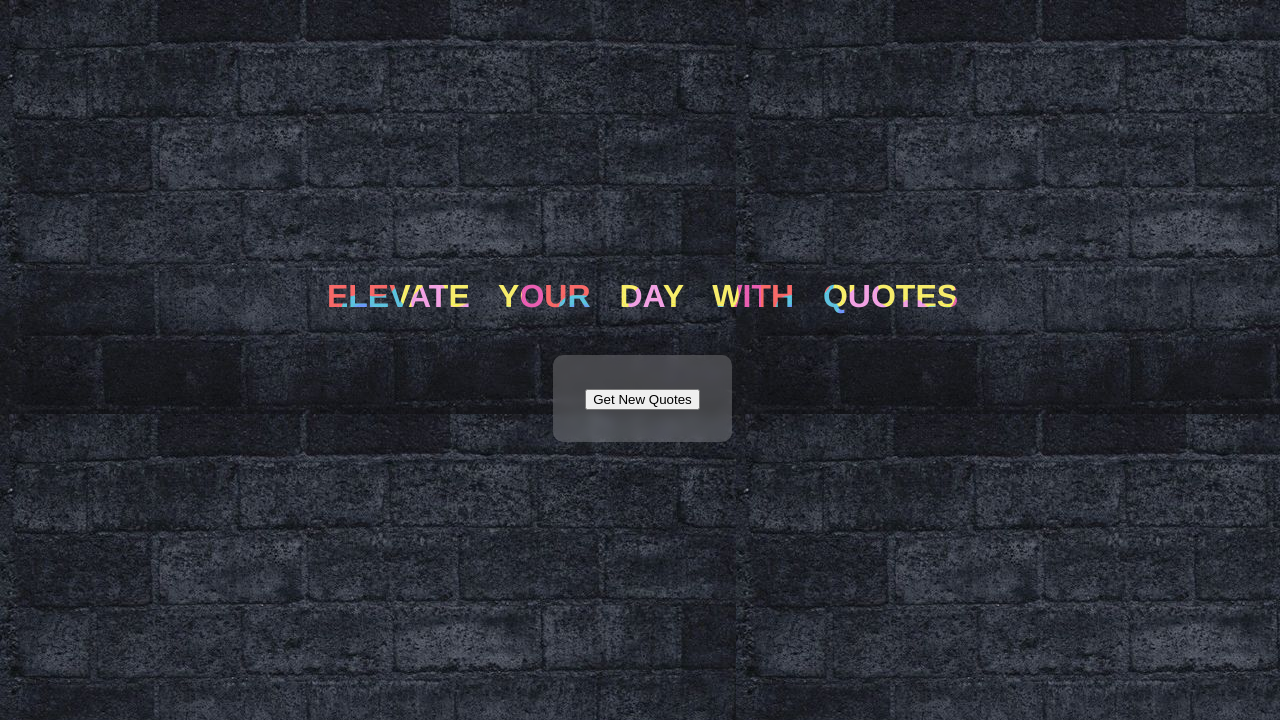
Repository: Bhavik-Sanghar/Quote-app
Page: /
These files come from the project's save history. The page is drawn as it stood at one moment and after the next save; the edit follows.
The browser window is 1280 px wide. The pictures show the whole page.
The page's requests for data from a server got no answer. The project was rebuilt for these pictures with package versions that can differ from the ones it lists, and the page was loaded fresh each time. No one was signed in, and anything a server would have sent is missing. Also part of the build but not shown: src/styles.css.

Above is the page before, as saved 2023-08-18 15:54:47.

After the next save:
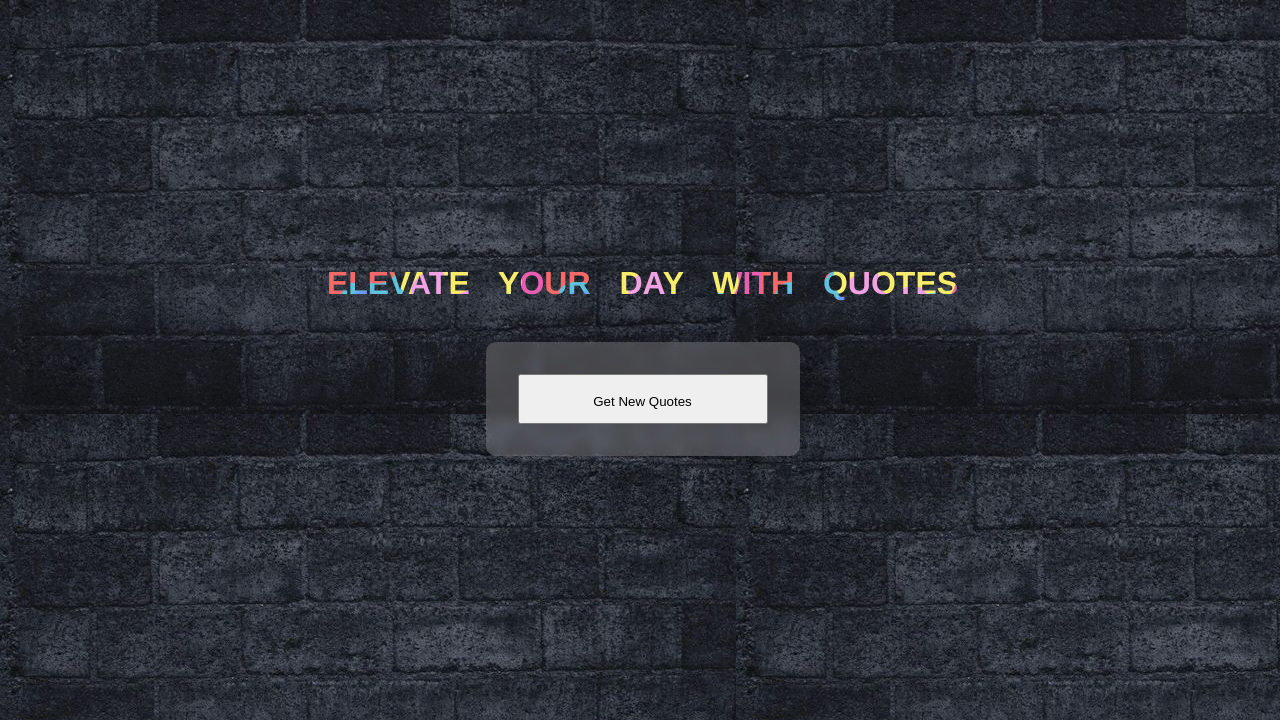
Saved 5 s later.
--- a/src/components/NewQuote.js
+++ b/src/components/NewQuote.js
@@ -38,7 +38,7 @@
             <p className="quote-text">{quote.quote}</p>
             <p className="author">- {quote.author}</p>
           </div>
-        ))} <button className="glow-on-hover" onClick={handleFetchNewQuotes}>
+        ))} <button className="btn" onClick={handleFetchNewQuotes}>
            Get New Quotes
       </button>
       </div>

After the 2 saves that followed:
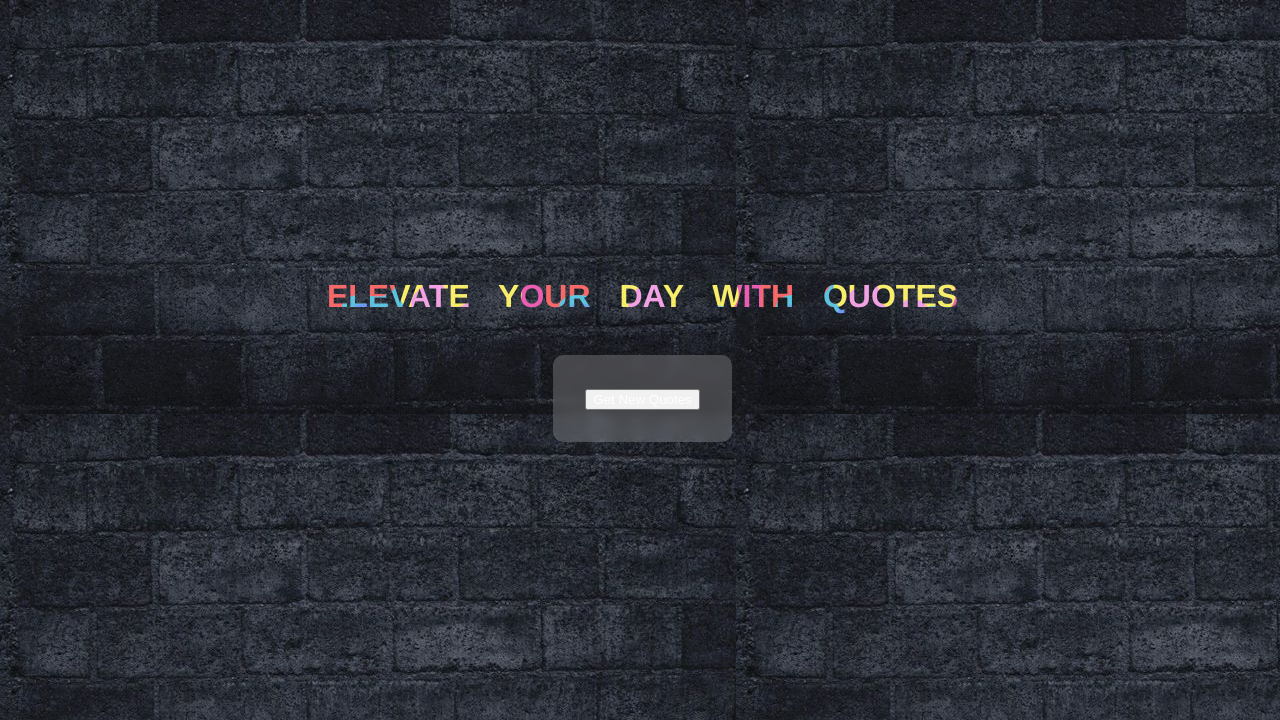
The 2 saves are shown as one change because 1 left the picture as it was.
The last was saved 29 s later.
--- a/src/components/NewQuote.js
+++ b/src/components/NewQuote.js
@@ -38,7 +38,7 @@
             <p className="quote-text">{quote.quote}</p>
             <p className="author">- {quote.author}</p>
           </div>
-        ))} <button className="btn" onClick={handleFetchNewQuotes}>
+        ))} <button className="btn-one" onClick={handleFetchNewQuotes}>
            Get New Quotes
       </button>
       </div>
--- a/src/components/New.css
+++ b/src/components/New.css
@@ -121,3 +121,52 @@
   width: 250px;
   cursor: pointer;
 }
+
+.btn-one {
+  color: #FFF;
+  transition: all 0.3s;
+  position: relative;
+}
+.btn-one span {
+  transition: all 0.3s;
+}
+.btn-one::before {
+  content: '';
+  position: absolute;
+  bottom: 0;
+  left: 0;
+  width: 100%;
+  height: 100%;
+  z-index: 1;
+  opacity: 0;
+  transition: all 0.3s;
+  border-top-width: 1px;
+  border-bottom-width: 1px;
+  border-top-style: solid;
+  border-bottom-style: solid;
+  border-top-color: rgba(255,255,255,0.5);
+  border-bottom-color: rgba(255,255,255,0.5);
+  transform: scale(0.1, 1);
+}
+.btn-one:hover span {
+  letter-spacing: 2px;
+}
+.btn-one:hover::before {
+  opacity: 1;
+  transform: scale(1, 1);
+}
+.btn-one::after {
+  content: '';
+  position: absolute;
+  bottom: 0;
+  left: 0;
+  width: 100%;
+  height: 100%;
+  z-index: 1;
+  transition: all 0.3s;
+  background-color: rgba(255,255,255,0.1);
+}
+.btn-one:hover::after {
+  opacity: 0;
+  transform: scale(0.1, 1);
+}
